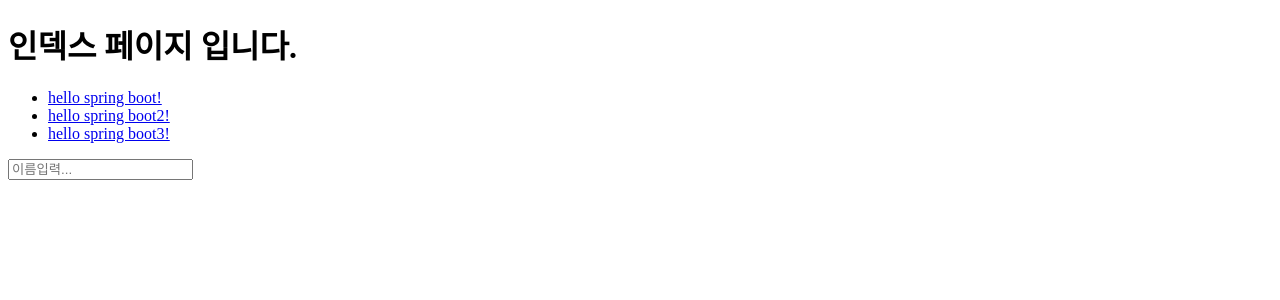
Repository: Saeunnnnni/acornClass_spring
Page: Boot03_Controller/src/main/resources/static/index.html
These files come from the project's save history. The page is drawn as it stood at one moment and after the next save; the edit follows.
The browser window is 1280 px wide. The pictures show the whole page.

Above is the page before, as saved 2023-07-11 03:41:09.

After the next save:
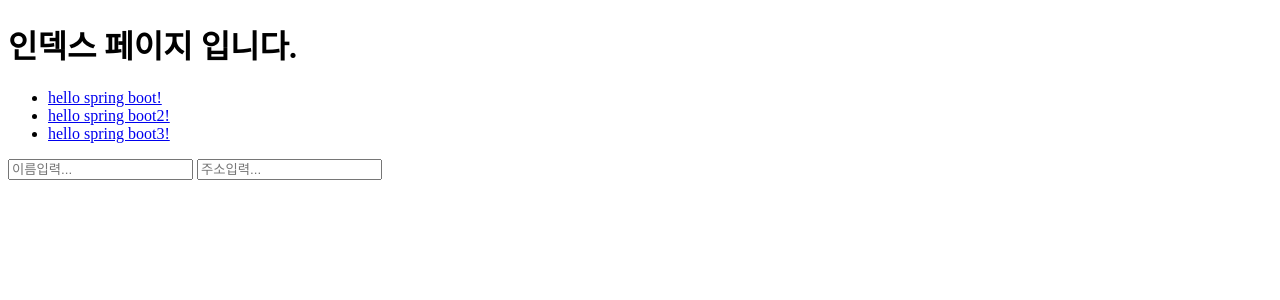
Saved 9 s later.
--- a/Boot03_Controller/src/main/resources/static/index.html
+++ b/Boot03_Controller/src/main/resources/static/index.html
@@ -15,6 +15,7 @@
 
 	<form action="memeber/insert" method="post">
 		<input type="text" name="name" placeholder="이름입력..." />
+		<input type="text" name="name" placeholder="주소입력..." />
 	</form>
 </body>
 </html>
